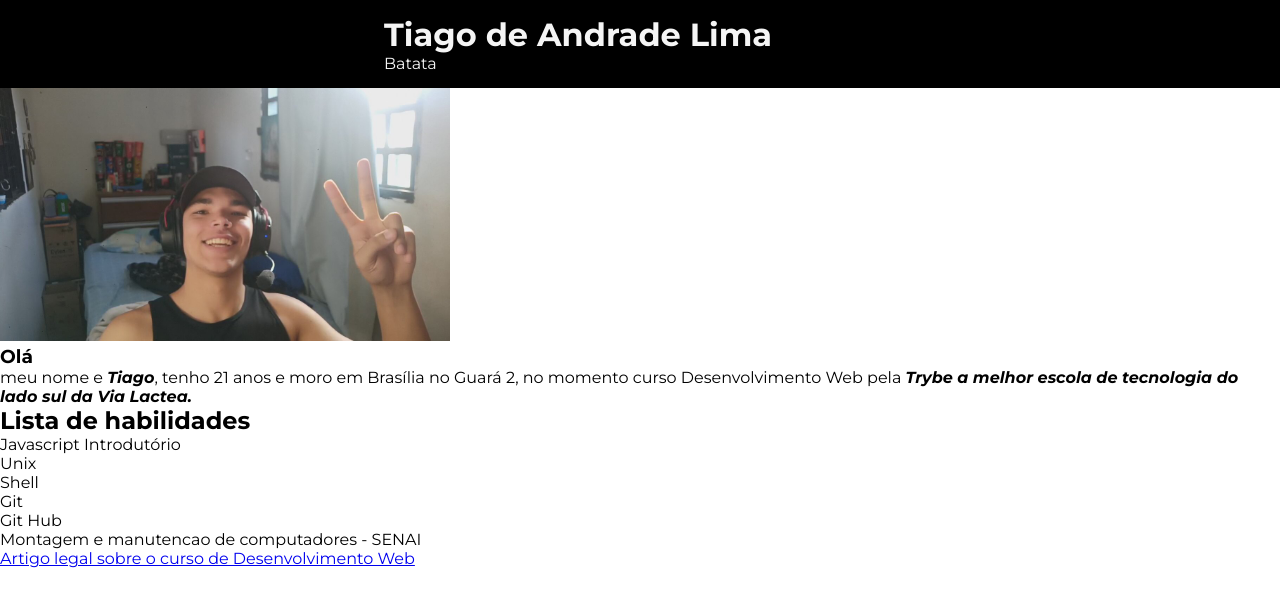
Repository: Batatiago/Batatiago.github.io
Page: index.html
An editor plug-in stored every save of this project. The page is shown before and after the next save, followed by the edit.
The browser window is 1280 px wide. The pictures show the whole page.

Above is the page before, as saved 2023-06-29 11:00:27.

### index.html
<!DOCTYPE html>
<html lang="pt-br">

<head>
  <meta charset="UTF-8">
  <title>Tiago de Andrade Lima</title>
  <link rel="preconnect" href="https://fonts.googleapis.com">
  <link rel="preconnect" href="https://fonts.gstatic.com" crossorigin>
  <link
    href="https://fonts.googleapis.com/css2?family=Montserrat:ital,wght@0,100;0,200;0,300;0,400;0,500;0,600;0,700;0,800;0,900;1,100;1,200;1,300;1,400;1,500;1,600;1,700;1,800;1,900&display=swap"
    rel="stylesheet">
  <link rel="stylesheet" href="style.css">
</head>

<body>
  <div class="header-container">
    <div class="header">
      <h1 class="meuNome"> Tiago de Andrade Lima</h1>
      <p>Batata</p>
    </div>
  </div>
  <div class="resumo" >
    <img src="2023-06-23-160707.jpg" alt="Imagem de Tiago" id="foto" width="450px">
    <h3>Olá</h3>
    <p class="descricao"> meu nome e <strong><em>Tiago</em></strong>, tenho 21 anos e moro em Brasília no Guará 2, no
      momento curso Desenvolvimento
      Web pela <strong><em>Trybe a melhor escola de tecnologia do lado sul da Via Lactea.</em></strong></p>
  </div>
  <div>
    <h2>Lista de habilidades</h2>
    <ul>
      <li class="javascript">Javascript Introdutório</li>
      <li class="unix">Unix</li>
      <li class="shell">Shell</li>
      <li class="git">Git</li>
      <li class="gitHub">Git Hub</li>
      <li>Montagem e manutencao de computadores - SENAI</li>
    </ul>
  </div>
  <a href="https://blog.betrybe.com/carreira/frontend/" target="_blank">Artigo legal sobre o curso de Desenvolvimento
    Web</a>
</body>

</html>

### style.css
* {
    margin: 0;
    padding: 0;
    border: 0;
}

body {
    font-family: 'Montserrat', sans-serif;
}

.header-container {
    background-color: black;
    color: whitesmoke;
}

.header {
    padding: 15px 10px;
    width: 40%;
    margin: auto;
}

header h1{
    font-family: 'Times New Roman', Times, serif;
}
.resumo {
    display: inline-block;
}

After the next save:
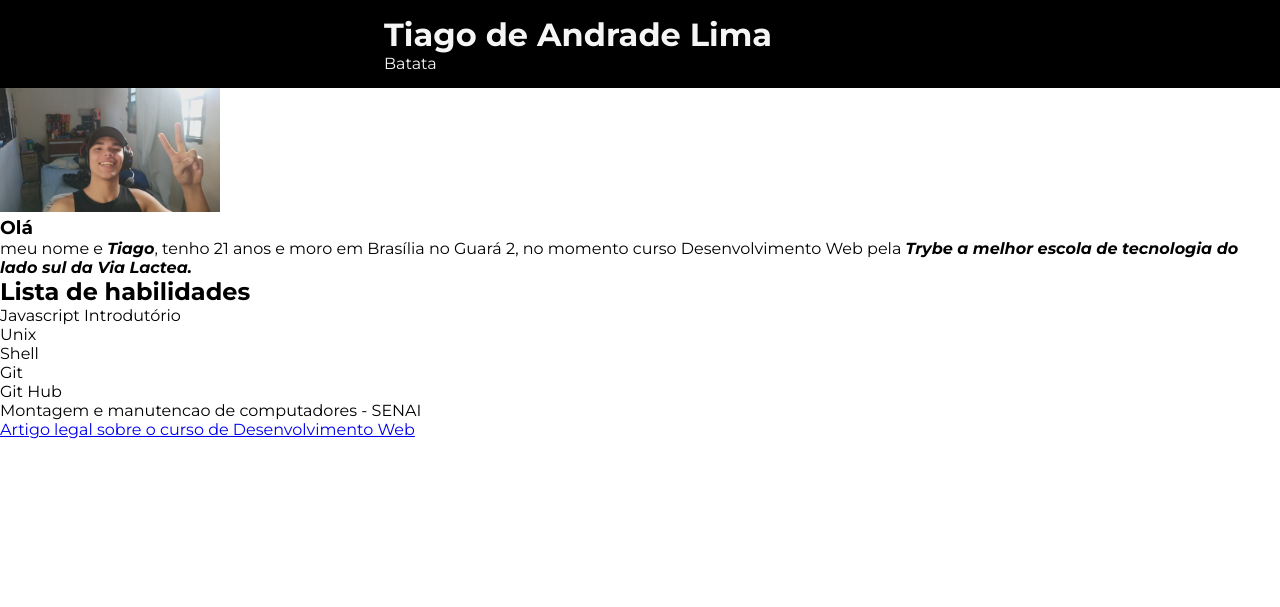
Saved 78 s later.
--- a/index.html
+++ b/index.html
@@ -20,7 +20,7 @@
     </div>
   </div>
   <div class="resumo" >
-    <img src="2023-06-23-160707.jpg" alt="Imagem de Tiago" id="foto" width="450px">
+    <img src="2023-06-23-160707.jpg" alt="Imagem de Tiago" id="foto" width="220px">
     <h3>Olá</h3>
     <p class="descricao"> meu nome e <strong><em>Tiago</em></strong>, tenho 21 anos e moro em Brasília no Guará 2, no
       momento curso Desenvolvimento
